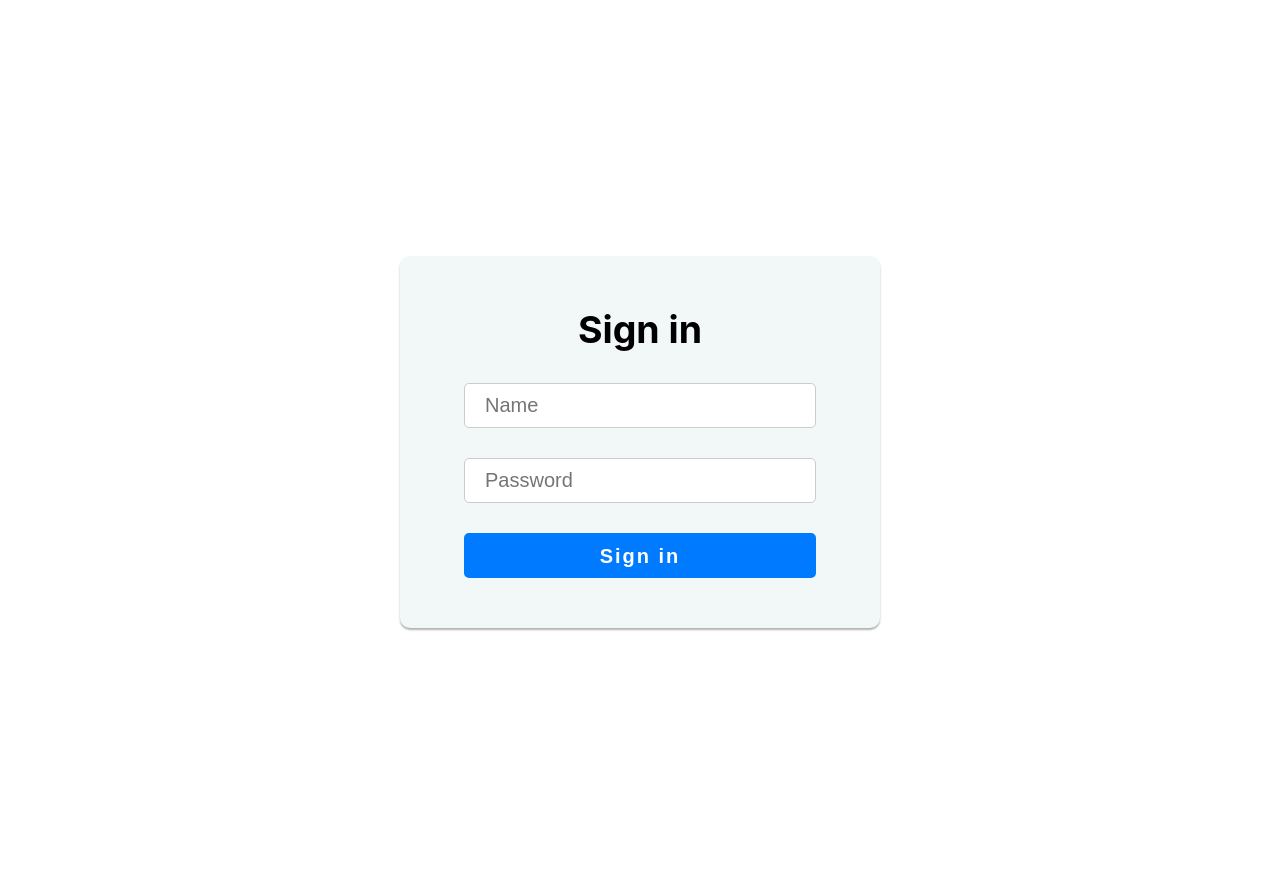
Repository: superHotBob/admin_nftillion
Page: /users
These files come from the project's save history. The page is drawn as it stood at one moment and after the next save; the edit follows.
The browser window is 1280 px wide. The pictures show the whole page.
The project was rebuilt for these pictures with package versions that can differ from the ones it lists, and the page was loaded fresh each time. Also part of the build but not shown: src/components/NavPanel/styles.scss, src/components/Collections/styles.scss, src/components/Collections/index.js.

Above is the page before, as saved 2022-04-24 09:55:15.

### src/index.js
import React from "react";
import ReactDOM from "react-dom/client";
import "./index.css";
import { BrowserRouter } from "react-router-dom";
import "./index.css";
import App from "./App";

import reportWebVitals from "./reportWebVitals";

const root = ReactDOM.createRoot(document.getElementById("root"));
root.render(
  <React.StrictMode>
    <BrowserRouter>
      <App />
    </BrowserRouter>
  </React.StrictMode>
);

// If you want to start measuring performance in your app, pass a function
// to log results (for example: reportWebVitals(console.log))
// or send to an analytics endpoint. Learn more: https://bit.ly/CRA-vitals
reportWebVitals();

### src/App.js
import * as React from "react";
import { Routes, Route } from "react-router-dom";
import { Home } from "./components/Home";
import { Users } from "./components/Users";
import './App.css';
import { Collections } from "./components/Collections";

function App() {
  return (
    <div className="App">
    <Routes>
        <Route path="/" element={<Home />} />
        <Route path="users" element={<Users />} />
        <Route path="collections" element={<Collections />} />
      </Routes>
    </div>
  );
}

export default App;

### src/components/Home/index.js
import * as React from "react";
import "./styles.scss";
import axios from "axios";
import { useNavigate } from "react-router-dom";

export const Home = () => {
  const [password, setPassword] = React.useState("");
  const [name, setName] = React.useState("");
  let navigate = useNavigate();

  function login(event) {
    event.preventDefault();
    axios
      .post(`https://jsonplaceholder.typicode.com/users`, {
        name: name,
        password: password,
      })
      .then((res) => {
        console.log(res.data);
        if (res.data.name === "bob") {
          localStorage.setItem("name", res.data.name);
          navigate("/users");
        } else {
          navigate("/");
        }
      });
  }
  return (
    <div className="mainblock">
      <h2>Sign in</h2>
      <form onSubmit={login}>
        <label>

          <input
            type="text"
            value={name}
            required
            onChange={(e) => setName(e.target.value)}
            placeholder="Name"
          />
        </label>
        <label>

          <input
            type="password"
            value={password}
            required
            onChange={(e) => setPassword(e.target.value)}
            placeholder="Password"
          />
        </label>
        <button type="submit">Sign in</button>
      </form>
    </div>
  );
};

### src/components/Users/index.js
import * as React from "react";
import axios from "axios";
import { useNavigate } from "react-router-dom";

import "./styles.scss";

import { NavPanel } from "../NavPanel";

export const Users = () => {
  let navigate = useNavigate();
  const name = localStorage.getItem("name");
  const [data, setData] = React.useState([]);
  const [view, setView] = React.useState(false);
  const [editUser, setEditUser] = React.useState("");
  const [newName, setNewName] = React.useState("");

  function setViewOne(a){
    setView(true);
    setEditUser(a);
    setNewName(data.filter((i) => i.name === a)[0].username);
  };
  function Save() {
    axios.post(`https://jsonplaceholder.typicode.com/users`).then((res) => {
        console.log(res.data);

      })
  }
  React.useEffect(() => {
    name
      ? axios.get(`https://jsonplaceholder.typicode.com/users`).then((res) => {
          console.log(res.data);
          setData(res.data);
        })
      : navigate("/");
  }, [name, navigate]);

  return (
    <>
      <NavPanel />
      <h1 className="header">List of users</h1>
      <div className="mainblockuser">
        <header>
          <span>wallet</span>
          <span>date reg.</span>
          <span>date last auth</span>
          <span>count collections</span>
          <span>count NFTs</span>
        </header>
        <section>
          {data.map((i) => (
            <p className="data" onClick={() => setViewOne(i.name)}>
              <span>{i.id}</span>
              <span>{i.name}</span>
              <span>{i.username}</span>
              <span>{i.email}</span>
              <span>{i.phone}</span>
            </p>
          ))}
        </section>
        <div className={view ? "right_block_view" : "right_block_hide"}>
          <h3 className="header_edit">Edit user</h3>
          {data
            .filter((i) => i.name === editUser)
            .map((i) => (
              <p className="data_edit">
                <span>{i.id}</span>
                <span>{i.name}</span>
                <input
                  type="text"
                  value={newName}
                  onChange={(e) => setNewName(e.target.value)}
                />
                <span>{i.email}</span>
                <span>{i.phone}</span>
              </p>
            ))}
          <p className="block_button">
            <button onClick={() => setView(false)}>Cancel</button>
            <button onClick={Save}>Save</button>
          </p>
        </div>
      </div>
    </>
  );
};

### src/components/Home/styles.scss
$submit: #007bff;
$white: #007bff;
$color_1: $submit;
$color_2: #fff;
$transition: all 0.25s ease-in-out;
.mainblock {
  width: 440px;
  height: auto;
  padding: 20px;
  background-color: #f2f7f7;
  margin: 20vw auto;
  box-shadow: 0px 2px 2px rgb(0 0 0 / 30%);
  border-radius: 10px;
  font-size: 25px;
  input,
  button {
    font-size: 20px;
    padding: 10px 20px;
    display: block;
    width: 100%;
    border-radius: 5px;
    border: 1px solid #ccc;
    margin: 10px auto 20px;
    cursor: pointer;
    box-sizing: border-box;
    outline: none;
    height: 45px;
  }
  label,
  button {
    width: 80%;
    text-align: left;
    margin: 0 auto 30px;
    display: block;
  }
  button {
    text-align: center;
    font-weight: 600;
  }

  @mixin mybutton($color_1, $color_2) {
    border: 2px solid $color_1;
    letter-spacing: 2px;
    color: #fff;
    background-color: $color_2;
    transition: $transition;
    &:hover {
      background-color: $color_1;
      border-color: $color_1;
      opacity: 0.8;
      color: #fff;
    }
    &:active {
      background-color: $color_1;
      border-color: $color_1;
      color: #fff;
      box-shadow: none;
    }
    &:focus,
    &:active:focus {
      background-color: $color_1;
      border-color: $color_1;
      color: #fff;
      outline: 5px auto $color_1;
    }
  }

  button {
    @include mybutton($submit, $color_2);
  }
}

### src/components/Users/styles.scss
.header {
    color: #000;
    padding: 20px 50px;
    margin: 0;
    border-bottom: 1px solid black;
    text-align: center;
    b {
        float: right;
        font-size: 16px;
        margin-top: 15px;
    }

}
header, .data {
     display: flex;
     justify-content: space-around;
     font-size: 20px;
     span {
         width: 15%;
         display: inline-block;
     }
}
header {
    border-bottom: 1px solid black;
    font-size: 25px;
    font-weight: 600;
    padding: 20px 0;
}
.right_block_view {
    position: fixed;
    top: 0;
    right: 0;
    width: 400px;
    height: 100vw;
    transition: all 0.5s;
    background-color: #fff;
    border-left: 1px solid #000;
}
.right_block_hide {
    position: fixed;
    top: 0;
    transition: all 0.5s;
    right: -400px;
    width: 400px;
    height: 100vw;
    background-color: #fff;
    border-left: 1px solid #000;
}
button {
    height: 45px;
    width: 45%;
    font-size: 20px;
    border-radius: 30px;
    cursor: pointer;
    font-weight: 600;
    color: #fff;
    border: none;

}
button:first-of-type {
    background-color: red;
}
button:last-of-type {
    background-color: #007bff;
}
button:hover {
    opacity: 0.7;
    border-color: rgba(200,255,255,1);

}
.block_button {
    display: flex;
    margin-top: 30px;
    justify-content: space-around;
}
.data_edit {
    span {
        display: block;
        font-size: 20px;
        margin: 20px;
    }
}
.header_edit {
    padding: 30px;
    font-size: 25px;
    border-bottom: 1px solid #000;
}
input {
    padding: 10px;
    outline: none;
    font-size: 20px;
}

### src/components/NavPanel/index.js
import "./styles.scss";
import { NavLink } from "react-router-dom";
export const NavPanel = () => {
  return (
    <div className="mainNavBlock">
      <NavLink
        style={({ isActive }) => {
          return {
            display: "block",
            padding: 20,
            textDecoration: "none",
            width: "45%",
            backgroundColor: isActive ? "#c0c0c0" : "whitw",
            color: !isActive ? "#c0c0c0" : "white",
          };
        }}
        to="/users"
      >
        USERS
      </NavLink>
      <NavLink
        style={({ isActive }) => {
          return {
            display: "block",
            width: "45%",
            textDecoration: "none",
            padding: 20,
            backgroundColor: isActive ? "#c0c0c0" : "white",
            color: !isActive ? "#c0c0c0" : "white",
          };
        }}
        to="/collections"
      >
        COLLECTIONS
      </NavLink>
      <NavLink
        to="/"
        style={{
          display: "block",
          width: "10%",
          textDecoration: "none",
          padding: 20,
          color: '#000',
          borderLeft: '1px solid #ddd'
        }}
      >
        sign out
      </NavLink>
    </div>
  );
};

Loaded but not shown: public/index.html (common file); src/index.css (common file); src/reportWebVitals.js (common file); src/App.css (common file)

After the next save:
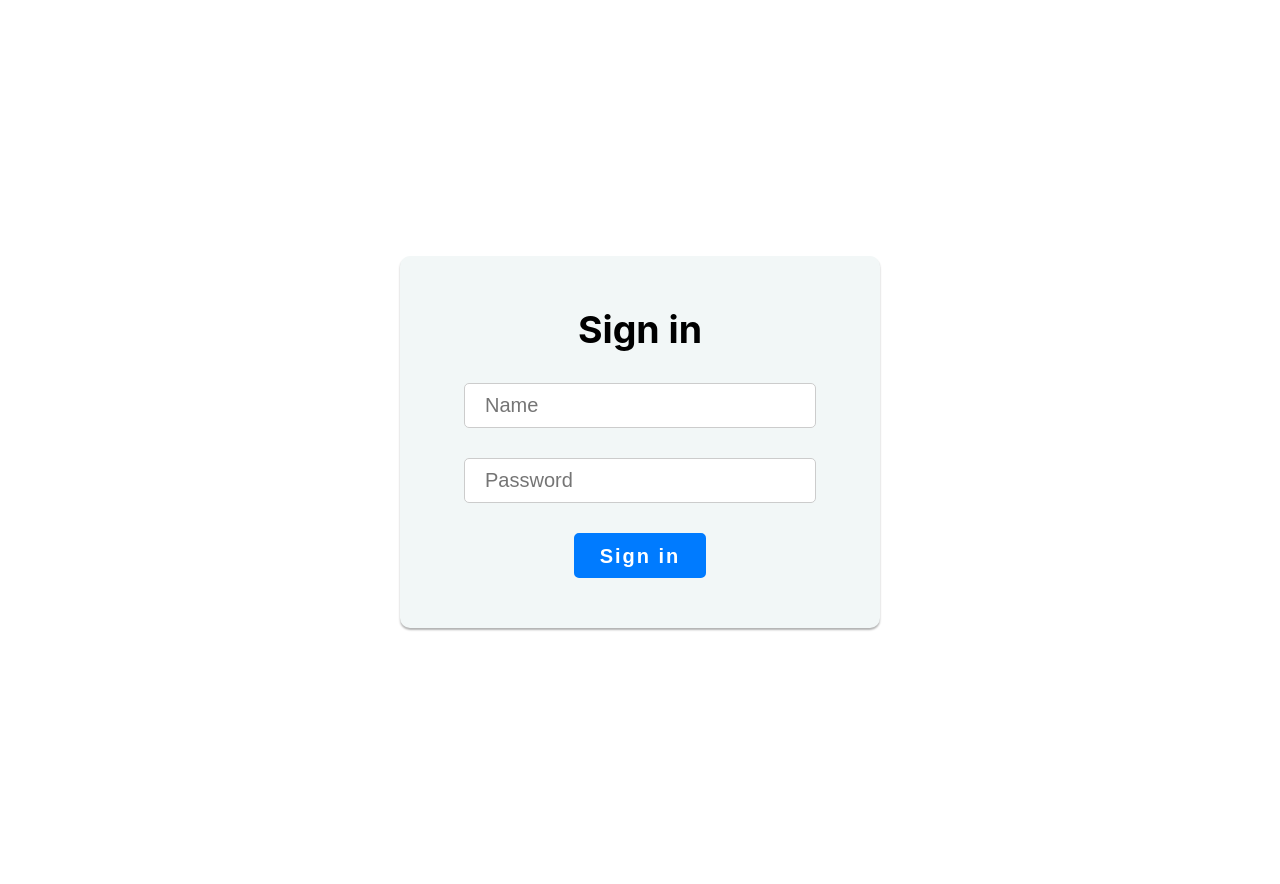
Saved 112 s later.
--- a/src/components/Users/styles.scss
+++ b/src/components/Users/styles.scss
@@ -48,7 +48,7 @@ header {
 }
 button {
     height: 45px;
-    width: 45%;
+    width: 65%;
     font-size: 20px;
     border-radius: 30px;
     cursor: pointer;
@@ -59,6 +59,7 @@ button {
 }
 button:first-of-type {
     background-color: red;
+    width: 30%;
 }
 button:last-of-type {
     background-color: #007bff;
